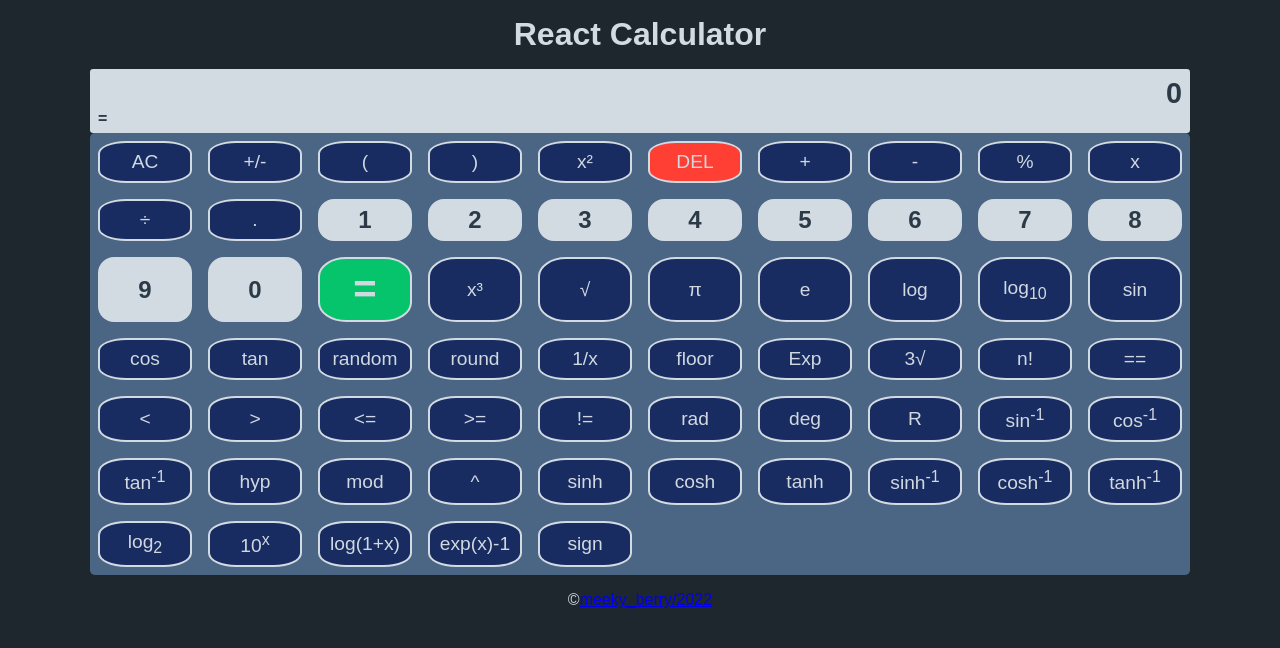
Repository: MikkyPrestige/calculator
Page: /
An editor plug-in stored every save of this project. The page is shown before and after the next save, followed by the edit.
The browser window is 1280 px wide. The pictures show the whole page.
The project was rebuilt for these pictures with package versions that can differ from the ones it lists, and the page was loaded fresh each time.

Above is the page before, as saved 2022-11-17 21:31:37.

### src/index.css
* {
 margin: 0;
 padding: 0;
 box-sizing: border-box;
}

body {
 font-family: 'Poppins', sans-serif;
 background: #1e272e;
}

.heading {
  color: #d2dae2;
  text-align: center;
  margin: 1rem;
}

.app-container {
 width: 100%;
 max-width: 1100px;
 margin: 1rem auto;
}

.display {
 background-color: #d2dae2;
 color: #2C3A47;
 height: 4rem;
 font-size: 1.8rem;
 font-weight: 700;
 display: flex;
 flex-direction: column;
 padding: .5rem;
 border-radius: .2rem;
}

.display-calc {
 display: flex;
 justify-content: flex-end;
 align-items: center;
}

.display-result {
 display: flex;
 justify-content: flex-start;
 align-items: center;
 font-size: 1rem;
 font-weight: 700;
}

.operators {
 display: grid;
 grid-template-columns: repeat(10, 1fr);
 grid-gap: 1rem;
 background-color: #4b6584;
 padding: .5rem;
 border-radius: .3rem;
}

.operator {
 background-color: #182C61;
 color: #d1d8e0;
 font-size: 1.2rem;
 font-weight: 400;
 padding: .5rem;
 border: none;
 cursor: pointer;
 border-radius: 30%;
 border: 2px solid #d2dae2;
}

.operator:hover {
 background-color: #273c75;
}

.operator:active {
 background-color: #485460;
}

.digit {
  font-size: 1.5rem;
  font-weight: 700;
  color: #2C3A47;
  cursor: pointer;
  background-color: #d2dae2;
  border: none;
  border-radius: 1rem;
  text-align: center;
}

.digit:hover {
  background-color: #808e9b;
}

.digit:active {
  background-color: #485460;
}

.clear {
 /* background-color: #05c46b; */
  color: #d2dae2;
  font-size: 1.2rem;
  font-weight: 400;
  padding: .5rem;
  border: none;
  cursor: pointer;
  border-radius: 30%;
  border: 2px solid #d2dae2;

}

.delete {
 background-color: #ff3f34;
}

.equalTo {
 /* grid-row: 6 / span 2; */
 /* grid-column: 6; */
 background-color: #05c46b;
 font-size: 2.5rem;
 font-weight: 700;
}

.cube {
 /* grid-row: 3; */
}

.sqrt {
 /* grid-row: 4; */
}

.exponent {
 /* grid-row: 5; */
}

.pie {
 /* grid-row: 5; */
}

.log {
 /* grid-row: 3; */
}

.logTen {
 /* grid-row: 4; */
}

.sin {
 /* grid-row: 3; */
}

.tan {
 /* grid-row: 4; */
}

.cos  {
 /* grid-row: 5; */
}

.zero {
 /* grid-row: 6; */
 /* grid-column: 5; */
}

.attribution {
  color: #d2dae2;
  text-align: center;
}

### src/App.js
import React from 'react';
import { useState } from 'react';

function App() {
  // DECLARE A NEW STATE VARIABLE
  const [calc, setCalc] = useState("");
  const [result, setResult] = useState("");

  // OPERATORS VARIABLE IS AN ARRAY OF OPERATORS THAT WILL BE USED TO CHECK IF THE USER IS TRYING TO ENTER AN OPERATOR OR NOT
  const ops = ["+", "-", "*", "/", ".", "<", ">", "<=", ">=", "±", "%", "!="];

  // UPDATE CALC STATE VARIABLE WITH THE VALUE OF THE BUTTON THAT WAS CLICKED
  const updateCalc = value => {
    if (
      (ops.includes(value) && calc === "") || // IF THE VALUE IS AN OPERATOR AND THE CALC STATE VARIABLE IS EMPTY
      (ops.includes(value) && ops.includes(calc.slice(-1))) // IF THE VALUE IS AN OPERATOR AND THE LAST CHARACTER OF THE CALC STATE VARIABLE IS ALSO AN OPERATOR
    ) {
      return;
    }

    setCalc(calc + value);  // UPDATE THE CALC STATE VARIABLE WITH THE VALUE OF THE BUTTON THAT WAS CLICKED

    if (!ops.includes(value)) {  // IF THE VALUE IS NOT AN OPERATOR
      setResult(eval(calc + value).toString());   // EVALUATE THE CALC STATE VARIABLE AND UPDATE THE RESULT STATE VARIABLE
    }
  };

  // CREATE CLEAR FUNCTION
  const clear = () => {
    setCalc("");    // SET CALC STATE VARIABLE TO EMPTY
    setResult("");  // SET RESULT STATE VARIABLE TO EMPTY
  };

  // CREATE DELETE FUNCTION
  const del = () => {
    if (calc === "") {
      return;
    }
    const value = calc.slice(0, -1);  // REMOVE THE LAST CHARACTER OF THE CALC STATE VARIABLE
    setCalc(value);  // UPDATE THE CALC STATE VARIABLE
  };

  // CREATE EVALUATE FUNCTION
  const calculate = () => {
    setCalc(eval(calc).toString());  // EVALUATE THE CALC STATE VARIABLE AND UPDATE THE CALC STATE VARIABLE
    setResult("");  // SET RESULT STATE VARIABLE TO EMPTY
  };

  // CREATE PERCENTAGE FUNCTION
  const percentage = () => {
    if (calc === "") {
      return;
    }
    const value = parseFloat(calc);   // CONVERT THE CALC STATE VARIABLE TO A FLOAT
    if (value === 0) {
      return;
    }
    setCalc((value / 100).toString());  // DIVIDE THE CALC STATE VARIABLE BY 100 AND UPDATE THE CALC STATE VARIABLE
  };

  // CREATE POSITIVE/NEGATIVE FUNCTION
  const posNeg = () => {
    if (calc === "") {
      return;
    }
    const value = parseFloat(calc);
    if (value === 0) {
      return;
    }
    setCalc((value * -1).toString());  // MULTIPLY THE CALC STATE VARIABLE BY -1 AND UPDATE THE CALC STATE VARIABLE
  };

  // CREATE BRACKET FUNCTION
  const bracket = value => {
    if (calc === "" && value === "(" && ")") { // IF THE CALC STATE VARIABLE IS EMPTY AND THE VALUE IS "(" && ")"
      setCalc(calc + value);
      return;
    }
    setCalc(calc + value);  // UPDATE THE CALC STATE VARIABLE WITH THE VALUE OF THE BUTTON THAT WAS CLICKED
  };

  // CREATE SQUARE FUNCTION
  const square = () => {
    if (calc === "") {
      return;
    }
    const value = parseFloat(calc);
    if (value === 0) {
      return;
    }
    setCalc((value * value).toString());  // MULTIPLY THE CALC STATE VARIABLE BY ITSELF AND UPDATE THE CALC STATE VARIABLE
  };

  // CREATE A CUBE FUNCTION
  const cube = () => {
    if (calc === "") {
      return;
    }
    const value = parseFloat(calc);
    if (value === 0) {
      return;
    }
    setCalc((value * value * value).toString());  // MULTIPLY THE CALC STATE VARIABLE BY ITSELF THREE TIMES AND UPDATE THE CALC STATE VARIABLE
  };

  // CREATE SQUARE ROOT FUNCTION
  const squareRoot = () => {
    if (calc === "") {
      return;
    }
    const value = parseFloat(calc);
    if (value === 0) {
      return;
    }
    setCalc(Math.sqrt(value).toString());  // CALCULATE THE SQUARE ROOT OF THE CALC STATE VARIABLE AND UPDATE THE CALC STATE VARIABLE
  };

  // CREATE PI FUNCTION
  const pi = () => {
    if (calc === "") {
      return;
    }
    const value = parseFloat(calc);
    if (value === 0) {
      return;
    }
    setCalc((value * 3.141592653589793).toString());  // MULTIPLY THE CALC STATE VARIABLE BY PI AND UPDATE THE CALC STATE VARIABLE
  };

  // CREATE E FUNCTION
  const e = () => {
    if (calc === "") {
      return;
    }
    const value = parseFloat(calc);
    if (value === 0) {
      return;
    }
    setCalc((value * 2.718281828459045).toString());  // MULTIPLY THE CALC STATE VARIABLE BY E AND UPDATE THE CALC STATE VARIABLE
  };

  // CREATE LOG FUNCTION
  const log = () => {
    if (calc === "") {
      return;
    }
    const value = parseFloat(calc);
    if (value === 0) {
      return;
    }
    setCalc(Math.log(value).toString());  // CALCULATE THE LOGARITHM OF THE CALC STATE VARIABLE AND UPDATE THE CALC STATE VARIABLE
  };

  // CREATE BASE 10 LOG FUNCTION
  const log10 = () => {
    if (calc === "") {
      return;
    }
    const value = parseFloat(calc);
    if (value === 0) {
      return;
    }
    setCalc(Math.log10(value).toString());  // CALCULATE THE BASE 10 LOGARITHM OF THE CALC STATE VARIABLE AND UPDATE THE CALC STATE VARIABLE
  };

  // CREATE BASE 2 LOG FUNCTION
  const log2 = () => {
    if (calc === "") {
      return;
    }
    const value = parseFloat(calc);
    if (value === 0) {
      return;
    }
    setCalc(Math.log2(value).toString());  // CALCULATE THE BASE 2 LOGARITHM OF THE CALC STATE VARIABLE AND UPDATE THE CALC STATE VARIABLE
  };

  // CREATE LOG1P FUNCTION
  const log1p = () => {
    if (calc === "") {
      return;
    }
    const value = parseFloat(calc);
    if (value === 0) {
      return;
    }
    setCalc(Math.log1p(value).toString());  // CALCULATE THE LOGARITHM OF THE CALC STATE VARIABLE PLUS 1 AND UPDATE THE CALC STATE VARIABLE
  };

  // CREATE EXPONENTIAL -1 FUNCTION
  const expm1 = () => {
    if (calc === "") {
      return;
    }
    const value = parseFloat(calc);
    if (value === 0) {
      return;
    }
    setCalc(Math.expm1(value).toString());  // CALCULATE THE EXPONENTIAL OF THE CALC STATE VARIABLE MINUS 1 AND UPDATE THE CALC STATE VARIABLE
  };

  // CREATE SIGN FUNCTION
  const sign = () => {
    if (calc === "") {
      return;
    }
    const value = parseFloat(calc);
    if (value === 0) {
      return;
    }
    setCalc(Math.sign(value).toString());  // CALCULATE THE SIGN OF THE CALC STATE VARIABLE AND UPDATE THE CALC STATE VARIABLE
  };

  // CREATE RAISE TO POWER 10 FUNCTION
  const pow10 = () => {
    if (calc === "") {
      return;
    }
    const value = parseFloat(calc);
    if (value === 0) {
      return;
    }
    setCalc(Math.pow(10, value).toString());  // RAISE 10 TO THE POWER OF THE CALC STATE VARIABLE AND UPDATE THE CALC STATE VARIABLE
  };

  // CREATE SIN FUNCTION
  const sin = () => {
    if (calc === "") {
      return;
    }
    const value = parseFloat(calc);
    if (value === 0) {
      return;
    }
    setCalc(Math.sin(value).toString());  // CALCULATE THE SINE OF THE CALC STATE VARIABLE AND UPDATE THE CALC STATE VARIABLE
  };

  // CREATE COS FUNCTION
  const cos = () => {
    if (calc === "") {
      return;
    }
    const value = parseFloat(calc);
    if (value === 0) {
      return;
    }
    setCalc(Math.cos(value).toString());  // CALCULATE THE COSINE OF THE CALC STATE VARIABLE AND UPDATE THE CALC STATE VARIABLE
  };

  // CREATE TAN FUNCTION
  const tan = () => {
    if (calc === "") {
      return;
    }
    const value = parseFloat(calc);
    if (value === 0) {
      return;
    }
    setCalc(Math.tan(value).toString());  // CALCULATE THE TANGENT OF THE CALC STATE VARIABLE AND UPDATE THE CALC STATE VARIABLE
  };

  // CREATE INVERSE SIN FUNCTION
  const asin = () => {
    if (calc === "") {
      return;
    }
    const value = parseFloat(calc);
    if (value === 0) {
      return;
    }
    setCalc(Math.asin(value).toString());  // CALCULATE THE INVERSE SINE OF THE CALC STATE VARIABLE AND UPDATE THE CALC STATE VARIABLE
  };

  // CREATE INVERSE COS FUNCTION
  const acos = () => {
    if (calc === "") {
      return;
    }
    const value = parseFloat(calc);
    if (value === 0) {
      return;
    }
    setCalc(Math.acos(value).toString());  // CALCULATE THE INVERSE COSINE OF THE CALC STATE VARIABLE AND UPDATE THE CALC STATE VARIABLE
  };

  // CREATE INVERSE TAN FUNCTION
  const atan = () => {
    if (calc === "") {
      return;
    }
    const value = parseFloat(calc);
    if (value === 0) {
      return;
    }
    setCalc(Math.atan(value).toString());  // CALCULATE THE INVERSE TANGENT OF THE CALC STATE VARIABLE AND UPDATE THE CALC STATE VARIABLE
  };

  // CREATE SINH FUNCTION
  const sinh = () => {
    if (calc === "") {
      return;
    }
    const value = parseFloat(calc);
    if (value === 0) {
      return;
    }
    setCalc(Math.sinh(value).toString());  // CALCULATE THE HYPERBOLIC SINE OF THE CALC STATE VARIABLE AND UPDATE THE CALC STATE VARIABLE
  };

  // CREATE COSH FUNCTION
  const cosh = () => {
    if (calc === "") {
      return;
    }
    const value = parseFloat(calc);
    if (value === 0) {
      return;
    }
    setCalc(Math.cosh(value).toString());  // CALCULATE THE HYPERBOLIC COSINE OF THE CALC STATE VARIABLE AND UPDATE THE CALC STATE VARIABLE
  };

  // CREATE TANH FUNCTION
  const tanh = () => {
    if (calc === "") {
      return;
    }
    const value = parseFloat(calc);
    if (value === 0) {
      return;
    }
    setCalc(Math.tanh(value).toString());  // CALCULATE THE HYPERBOLIC TANGENT OF THE CALC STATE VARIABLE AND UPDATE THE CALC STATE VARIABLE
  };

  // CREATE INVERSE SINH FUNCTION
  const asinh = () => {
    if (calc === "") {
      return;
    }
    const value = parseFloat(calc);
    if (value === 0) {
      return;
    }
    setCalc(Math.asinh(value).toString());  // CALCULATE THE INVERSE HYPERBOLIC SINE OF THE CALC STATE VARIABLE AND UPDATE THE CALC STATE VARIABLE
  };

  // CREATE INVERSE COSH FUNCTION
  const acosh = () => {
    if (calc === "") {
      return;
    }
    const value = parseFloat(calc);
    if (value === 0) {
      return;
    }
    setCalc(Math.acosh(value).toString());  // CALCULATE THE INVERSE HYPERBOLIC COSINE OF THE CALC STATE VARIABLE AND UPDATE THE CALC STATE VARIABLE
  };

  // CREATE INVERSE TANH FUNCTION
  const atanh = () => {
    if (calc === "") {
      return;
    }
    const value = parseFloat(calc);
    if (value === 0) {
      return;
    }
    setCalc(Math.atanh(value).toString());  // CALCULATE THE INVERSE HYPERBOLIC TANGENT OF THE CALC STATE VARIABLE AND UPDATE THE CALC STATE VARIABLE
  };

  // CREATE HYPOTENUSE FUNCTION
  const hyp = () => {
    if (calc === "") {
      return;
    }
    const value = parseFloat(calc);
    if (value === 0) {
      return;
    }
    setCalc(Math.hypot(value).toString());  // CALCULATE THE HYPOTENUSE OF THE CALC STATE VARIABLE AND UPDATE THE CALC STATE VARIABLE
  };


  // CREATE RADIAN FUNCTION
  const radian = () => {
    if (calc === "") {
      return;
    }
    const value = parseFloat(calc);
    if (value === 0) {
      return;
    }
    setCalc((value * 0.017453292519943295).toString());  // MULTIPLY THE CALC STATE VARIABLE BY RADIAN AND UPDATE THE CALC STATE VARIABLE
  };

  // CREATE DEGREE FUNCTION
  const degree = () => {
    if (calc === "") {
      return;
    }
    const value = parseFloat(calc);
    if (value === 0) {
      return;
    }
    setCalc((value * 57.29577951308232).toString());  // MULTIPLY THE CALC STATE VARIABLE BY DEGREE AND UPDATE THE CALC STATE VARIABLE
  };

  // CREATE RADIUS FUNCTION
  const radius = () => {
    if (calc === "") {
      return;
    }
    const value = parseFloat(calc);
    if (value === 0) {
      return;
    }
    setCalc((value * 0.5).toString());  // MULTIPLY THE CALC STATE VARIABLE BY RADIUS AND UPDATE THE CALC STATE VARIABLE
  };

  // CREATE RECIPROCAL/INVERSE FUNCTION
  const reciprocal = () => {
    if (calc === "") {
      return;
    }
    const value = parseFloat(calc);
    if (value === 0) {
      return;
    }
    setCalc((1 / value).toString());  // DIVIDE 1 BY THE CALC STATE VARIABLE AND UPDATE THE CALC STATE VARIABLE
  };

  // CREATE RANDOM FUNCTION
  const random = () => {
    if (calc === "") {
      return;
    }
    const value = parseFloat(calc);
    if (value === 0) {
      return;
    }
    setCalc(Math.random(value).toString());  // RANDOMLY GENERATE A NUMBER AND UPDATE THE CALC STATE VARIABLE
  };

  // CREATE ROUND FUNCTION
  const round = () => {
    if (calc === "") {
      return;
    }
    const value = parseFloat(calc);
    if (value === 0) {
      return;
    }
    setCalc(Math.round(value).toString());  // ROUND THE CALC STATE VARIABLE AND UPDATE THE CALC STATE VARIABLE
  };

  // CREATE FLOOR FUNCTION
  const floor = () => {
    if (calc === "") {
      return;
    }
    const value = parseFloat(calc);
    if (value === 0) {
      return;
    }
    setCalc(Math.floor(value).toString());  // FLOOR OF THE CALC STATE VARIABLE AND UPDATE THE CALC STATE VARIABLE
  };

  // CREATE EXPONENTIAL FUNCTION
  const exponential = () => {
    if (calc === "") {
      return;
    }
    const value = parseFloat(calc);
    if (value === 0) {
      return;
    }
    setCalc(Math.exp(value).toString());  // EXPONENTIAL OF THE CALC STATE VARIABLE AND UPDATE THE CALC STATE VARIABLE
  };

  // CREATE CUBE ROOT FUNCTION
  const cubeRoot = () => {
    if (calc === "") {
      return;
    }
    const value = parseFloat(calc);
    if (value === 0) {
      return;
    }
    setCalc(Math.cbrt(value).toString());  // CUBE ROOT OF THE CALC STATE VARIABLE AND UPDATE THE CALC STATE VARIABLE
  };

  // CREATE FACTORIAL FUNCTION
  const factorial = () => {
    if (calc === "") {
      return;
    }
    const value = parseFloat(calc);
    if (value === 0) {
      return;
    }
    setCalc(factorialize(value).toString());  // FACTORIAL OF THE CALC STATE VARIABLE AND UPDATE THE CALC STATE VARIABLE
  };

  // CREATE FACTORIAL FUNCTION
  const factorialize = (num) => {
    if (num < 0) {
      return -1;
    } else if (num === 0) {
      return 1;
    } else {
      return num * factorialize(num - 1);
    }
  };

  // CREATE DIGITS FUNCTION
  const createDigits = () => {
    const digits = []; // CREATE DIGITS ARRAY
    for (let i = 1; i < 10; i++) { // LOOP THROUGH DIGITS 1-9
      digits.push(i); // PUSH NUMBERS 1-9 TO DIGITS ARRAY
    }
    return digits;
  };

  //RETURN THE CALCULATOR SCREEN AND BUTTONS
  return (
    <div className='app'>
      <header>
        <h1 className='heading'>React Calculator</h1>
      </header>
      <div className='app-container'>
        <div className='display'>
          <div className='display-calc'>
            {calc || "0"}  {/* DISPLAY CALC STATE VARIABLE OR 0 */}
          </div>
          <div className='display-result'>
            = {result}  {/* DISPLAY RESULT STATE VARIABLE */}
          </div>
        </div>
        <div className='operators'>
          <button onClick={clear} className='operator clear'>AC</button>
          <button onClick={posNeg} className='operator'>+/-</button>
          <button onClick={() => bracket('(')} className='operator'>(</button>
          <button onClick={() => bracket(')')} className='operator'>)</button>
          <button onClick={square} className='operator'>x²</button>
          <button onClick={del} className='operator delete'>DEL</button>
          <button onClick={() => updateCalc('+')} className='operator'>+</button>
          <button onClick={() => updateCalc('-')} className='operator'>-</button>
          <button onClick={percentage} className='operator'>%</button>
          <button onClick={() => updateCalc('*')} className='operator'>x</button>
          <button onClick={() => updateCalc('/')} className='operator'>÷</button>
          <button onClick={() => updateCalc('.')} className='operator'>.</button>
          {createDigits().map((digit) => (
            <button onClick={() => updateCalc(digit.toString())} className='digit' key={digit}>{digit}</button> // CREATE DIGITS BUTTONS AND MAP THROUGH DIGITS ARRAY TO DISPLAY DIGITS 1-9 ON BUTTONS
          ))}
          <button onClick={() => updateCalc('0')} className='zero digit'>0</button>
          <button onClick={calculate} className='operator equalTo'>=</button>
          <button onClick={cube} className='operator cube'>x³</button>
          <button onClick={squareRoot} className='operator sqrt'>√</button>
          <button onClick={pi} className='operator pie'>π</button>
          <button onClick={e} className='operator exponent'>e</button>
          <button onClick={log} className='operator log'>log</button>
          <button onClick={log10} className='operator logTen'>log<sub>10</sub></button>
          <button onClick={sin} className='operator sin'>sin</button>
          <button onClick={cos} className='operator cos'>cos</button>
          <button onClick={tan} className='operator tan'>tan</button>
          <button onClick={random} className='operator'>random</button>
          <button onClick={round} className='operator'>round</button>
          <button onClick={reciprocal} className='operator'>1/x</button>
          <button onClick={floor} className='operator'>floor</button>
          <button onClick={exponential} className='operator'>Exp</button>
          <button onClick={cubeRoot} className='operator'>3√</button>
          <button onClick={factorial} className='operator'>n!</button>
          <button onClick={() => updateCalc('==')} className='operator'>==</button>
          <button onClick={() => updateCalc('<')} className='operator'>{'<'}</button>
          <button onClick={() => updateCalc('>')} className='operator'>{'>'}</button>
          <button onClick={() => updateCalc('<=')} className='operator'>{'<='}</button>
          <button onClick={() => updateCalc('>=')} className='operator'>{'>='}</button>
          <button onClick={() => updateCalc('!=')} className='operator'>{'!='}</button>
          <button onClick={radian} className='operator'>rad</button>
          <button onClick={degree} className='operator'>deg</button>
          <button onClick={radius} className='operator'>R</button>
          <button onClick={asin} className='operator'>sin<sup>-1</sup></button>
          <button onClick={acos} className='operator'>cos<sup>-1</sup></button>
          <button onClick={atan} className='operator'>tan<sup>-1</sup></button>
          <button onClick={hyp} className='operator'>hyp</button>
          <button onClick={() => updateCalc('%')} className='operator'>mod</button>
          <button onClick={() => updateCalc('**')} className='operator'>^</button>
          <button onClick={sinh} className='operator'>sinh</button>
          <button onClick={cosh} className='operator'>cosh</button>
          <button onClick={tanh} className='operator'>tanh</button>
          <button onClick={asinh} className='operator'>sinh<sup>-1</sup></button>
          <button onClick={acosh} className='operator'>cosh<sup>-1</sup></button>
          <button onClick={atanh} className='operator'>tanh<sup>-1</sup></button>
          <button onClick={log2} className='operator'>log<sub>2</sub></button>
          <button onClick={pow10} className='operator'>10<sup>x</sup></button>
          <button onClick={log1p} className='operator'>log(1+x)</button>
          <button onClick={expm1} className='operator'>exp(x)-1</button>
          <button onClick={sign} className='operator'>sign</button>
        </div>
      </div>
      <footer className='attribution'>&copy;<a meeky_berry href="https://github.com/MeekyBerry" target="_blank" rel="noreferrer">meeky_berry/2022</a></footer>
    </div>
  );
}

// EXPORT APP
export default App;

Loaded but not shown: public/index.html (common file); src/index.js (common file)

After the next save:
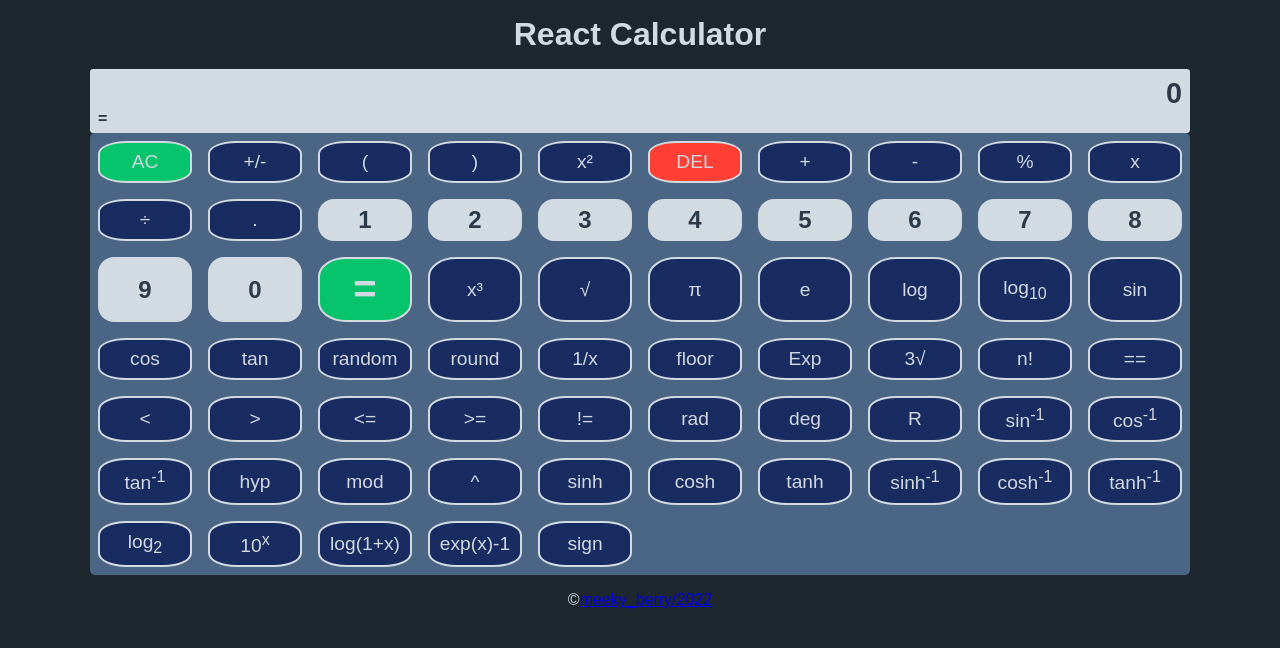
Saved 11 s later.
--- a/src/index.css
+++ b/src/index.css
@@ -96,8 +96,8 @@ body {
 }
 
 .clear {
- /* background-color: #05c46b; */
-  color: #d2dae2;
+ background-color: #05c46b;
+  /* color: #d2dae2; */
   font-size: 1.2rem;
   font-weight: 400;
   padding: .5rem;
